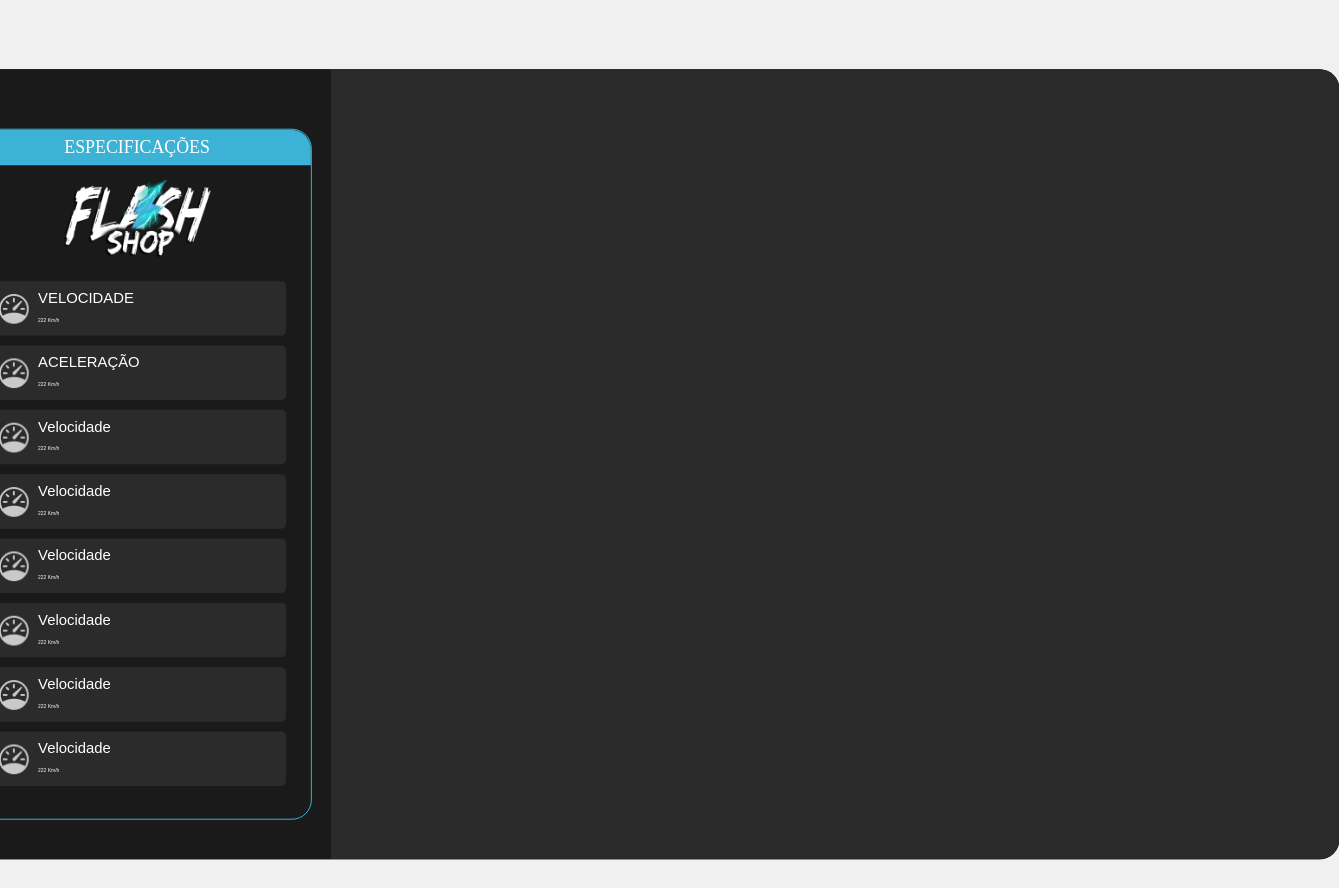
Repository: DuMCorrea/Garagem
Page: index.html
An editor plug-in stored every save of this project. The page is shown before and after a run of saves, followed by the edit.
The browser window is 1280 px wide. The page is 1353 px wide, so the pictures cover 1353 px, including what lies to the right of the window. The pictures show the whole page, at 99% of full size.
Some web fonts or font styles are not loaded; a fallback is used.

Above is the page before, as saved 2024-08-22 10:48:52.

### index.html
<!DOCTYPE html>
<html lang="pt-BR">
<head>
    <meta charset="UTF-8">
    <meta name="viewport" content="width=device-width, initial-scale=1.0">
    <link href="https://fonts.googleapis.com/css2?family=Baloo+Bhai&display=swap" rel="stylesheet">
    <title>Div Principal</title>
    <link rel="stylesheet" href="styles.css">
</head>
<body>
    <div class="div-principal">
        <div class="div-esquerda">
            <div class="retangulo-informacoes-3 duplicadoo">
                <img src="assets/FlashStore 2.png" alt="Imagem Mecânico" class="imagem-mecanico">
                <div class="titulo-retangulo">ESPECIFICAÇÕES</div>
                <div class="saldo-conteudo">
                    <div class="saldo-item">
                        <img src="assets/Velo.png" alt="Imagem de Carteira" class="saldo-imagem">
                        <div class="saldo-texto">
                            <p class="saldo-titulo">VELOCIDADE</p>
                            <p class="saldo-valor">222 Km/h</p>
                        </div>
                    </div>
                    <div class="saldo-item">
                        <img src="assets/Velo.png" alt="Imagem de Carteira" class="saldo-imagem">
                        <div class="saldo-texto">
                            <p class="saldo-titulo">ACELERAÇÃO</p>
                            <p class="saldo-valor">222 Km/h</p>
                        </div>
                    </div>
                    <div class="saldo-item">
                        <img src="assets/Velo.png" alt="Imagem de Carteira" class="saldo-imagem">
                        <div class="saldo-texto">
                            <p class="saldo-titulo">Velocidade</p>
                            <p class="saldo-valor">222 Km/h</p>
                        </div>
                    </div>
                    <div class="saldo-item">
                        <img src="assets/Velo.png" alt="Imagem de Carteira" class="saldo-imagem">
                        <div class="saldo-texto">
                            <p class="saldo-titulo">Velocidade</p>
                            <p class="saldo-valor">222 Km/h</p>
                        </div>
                    </div>
                    <div class="saldo-item">
                        <img src="assets/Velo.png" alt="Imagem de Carteira" class="saldo-imagem">
                        <div class="saldo-texto">
                            <p class="saldo-titulo">Velocidade</p>
                            <p class="saldo-valor">222 Km/h</p>
                        </div>
                    </div>
                    <div class="saldo-item">
                        <img src="assets/Velo.png" alt="Imagem de Carteira" class="saldo-imagem">
                        <div class="saldo-texto">
                            <p class="saldo-titulo">Velocidade</p>
                            <p class="saldo-valor">222 Km/h</p>
                        </div>
                    </div>
                    <div class="saldo-item">
                        <img src="assets/Velo.png" alt="Imagem de Carteira" class="saldo-imagem">
                        <div class="saldo-texto">
                            <p class="saldo-titulo">Velocidade</p>
                            <p class="saldo-valor">222 Km/h</p>
                        </div>
                    </div>
                    <div class="saldo-item">
                        <img src="assets/Velo.png" alt="Imagem de Carteira" class="saldo-imagem">
                        <div class="saldo-texto">
                            <p class="saldo-titulo">Velocidade</p>
                            <p class="saldo-valor">222 Km/h</p>
                        </div>
                    </div>

                </div>
            </div>
        </div>
        <div class="div-direita">
            <!-- Conteúdo do centro e da direita -->
        </div>
    </div>
</body>
</html>

### styles.css
body {
    display: flex;
    flex-direction: column;
    align-items: center;
    margin: 0;
    background-color: #f0f0f0;
    font-family: 'Baloo Bhai';
    overflow-y: auto;
    margin-top: 70px;
}

.div-principal {
    position: relative;
    display: flex;
    width: 1425px;
    height: 798px;
    border-radius: 20px;
    background-color: #010101;
    margin-bottom: 20px;
}

.div-esquerda {
    width: 27%; /* Ocupa 30% da largura da div-principal */
    background-color: #1A1A1A; /* Cor de fundo diferente para destaque */
    border-radius: 20px 0px 0px 20px; /* Canto arredondado na esquerda */
    padding: 20px;
}

.div-direita {
    width: 72%; /* Ocupa 70% da largura da div-principal */
    background-color: #2A2A2A; /* Cor de fundo diferente para destaque */
    border-radius: 0px 20px 20px 0px; /* Canto arredondado na direita */
    padding: 20px;
}

.retangulo-informacoes-3 {
    width: 320px;
    height: 232px;
    position: absolute;
    top: 580px;
    left: 462px;
    border-radius: 20px;
    border: 1px solid #3CB3D6;
    background-color: rgba(0, 0, 0, 0); /* Ajuste da opacidade de fundo */
    opacity: 1; /* Visibilidade ativada */
}
.duplicadoo {
    width: 350px;
    height: 696px;
    position: absolute;
    top: 60px;
    left: 35px;
    border-radius: 20px;
    border: 1px solid #3CB3D6;
    background-color: rgba(0, 0, 0, 0); /* Ajuste da opacidade de fundo */
    opacity: 1; /* Visibilidade ativada */
}

.titulo-retangulo {
    width: 100%; /* Ajusta a largura ao do retângulo */
    height: 36px;
    background: #3CB3D6; /* Cor de fundo */
    border-radius: 20px 20px 0 0; /* Arredonda apenas os cantos superiores */
    color: white; /* Cor do texto */
    font-size: 18px; /* Tamanho do texto */
    line-height: 36px; /* Centraliza verticalmente o texto */
    text-align: center; /* Centraliza horizontalmente o texto */
    position: absolute;
    top: 0; /* Alinha o título ao topo do retângulo */
    left: 0; /* Alinha o título à esquerda do retângulo */
}

.status-rectangle {
    width: 300px;
    height: 35px;
    position: absolute;
    top: 130px;
    left: 16px;
    display: flex;
    align-items: center;
    justify-content: space-between; /* Ajuste para espaçar os textos */
    padding: 0 10px; /* Adicione um pequeno padding para afastar o texto das bordas */
    border-radius: 5px;
    opacity: 1; /* Tornar o retângulo visível */
    background: #37373796;
  }
  .status-text {
    font-size: 14px;
    color: #fff;
    font-family: 'Baloo Bhai', sans-serif;
  }

  .imagem-mecanico {
    display: block;
    margin: 0 auto; /* Centraliza a imagem horizontalmente */
    width: 50%; /* Ajuste a largura da imagem conforme necessário */
    height: 25%; /* Ajuste a altura da imagem conforme necessário */
    position: absolute;
    top: 0px; /* Ajuste a posição vertical da imagem */
    left: 50%;
    transform: translateX(-50%); /* Centraliza a imagem em relação ao retângulo */
}








.saldo-imagem {
    width: 30px;
    height: 30px;
    margin-right: 10px; /* Espaçamento entre a imagem e o texto */
}
.saldo-conteudo {
    display: flex;
    flex-direction: column;
    align-items: center;
    justify-content: center;
    height: 100%;
    padding: 10px;
    gap: 10px; /* Espaçamento entre os retângulos */
    margin-top: 50px;
}

.saldo-item {
    display: flex;
    align-items: center;
    width: 280px;
    height: 35px;
    border-radius: 5px;
    background: #37373796;
    padding: 10px;
}

.saldo-texto {
    display: flex;
    flex-direction: column;
    gap: 2px; /* Espaçamento reduzido entre o título e o valor */
    font-family: 'Baloo Bhai', sans-serif;


}

.saldo-titulo {
    font-family: 'Baloo Bhai', sans-serif;
    font-size: 15px;
    font-weight: 400;
    line-height: 20px; /* Ajuste na altura da linha para deixar os textos mais próximos */
    text-align: left;
    color: white;
    margin: 0;
}
.saldo-valor {
    font-family: 'Baloo Bhai', sans-serif;
    font-size: 5px;
    font-weight: 400;
    line-height: 20px; /* Ajuste na altura da linha para deixar os textos mais próximos */
    text-align: left;
    color: white;
    margin: 0;
}

After the next 2 saves:
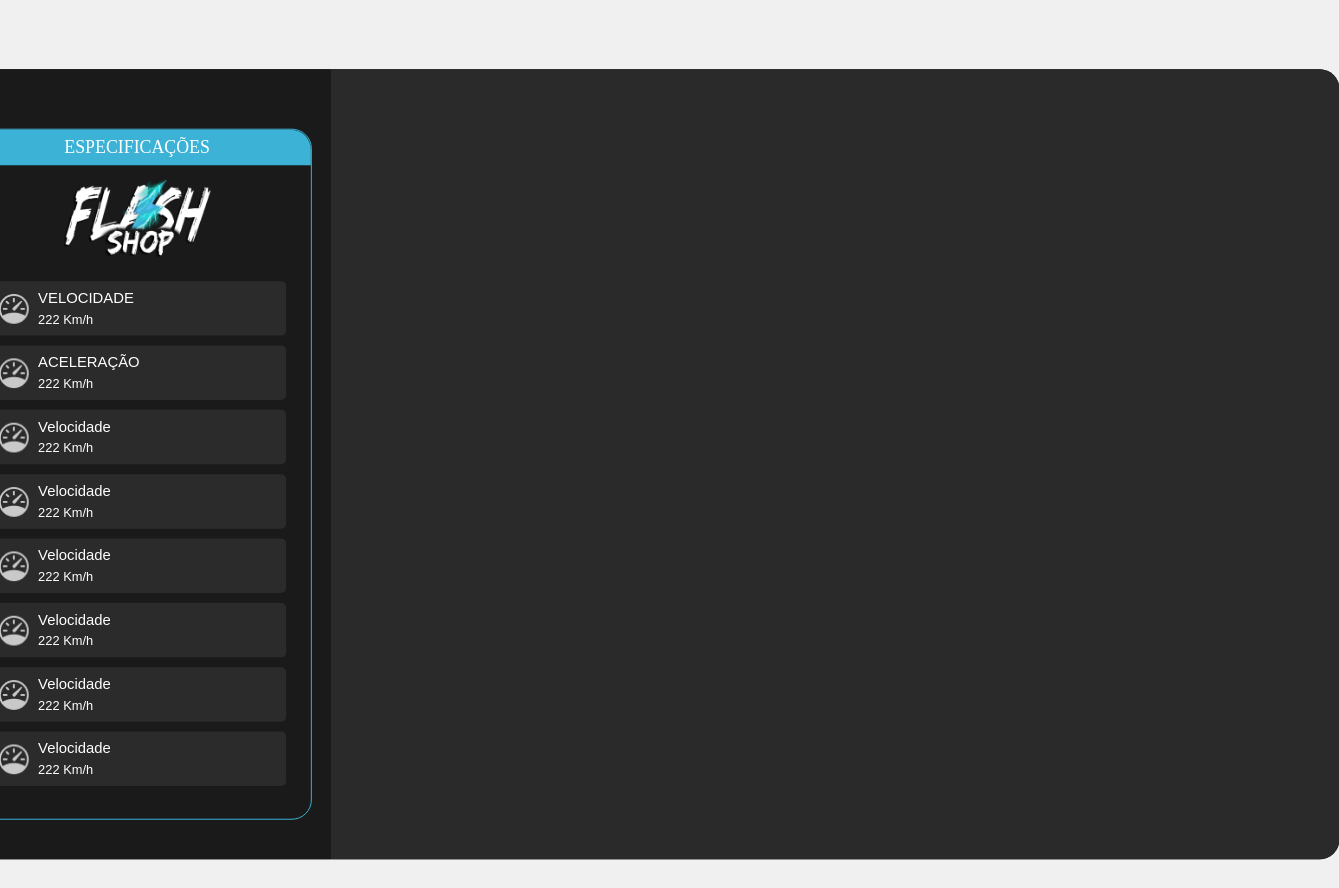
The 2 saves are shown as one change because they came seconds apart.
The last was saved 7 s later.
--- a/styles.css
+++ b/styles.css
@@ -154,7 +154,7 @@
 }
 .saldo-valor {
     font-family: 'Baloo Bhai', sans-serif;
-    font-size: 5px;
+    font-size: 13px;
     font-weight: 400;
     line-height: 20px; /* Ajuste na altura da linha para deixar os textos mais próximos */
     text-align: left;
